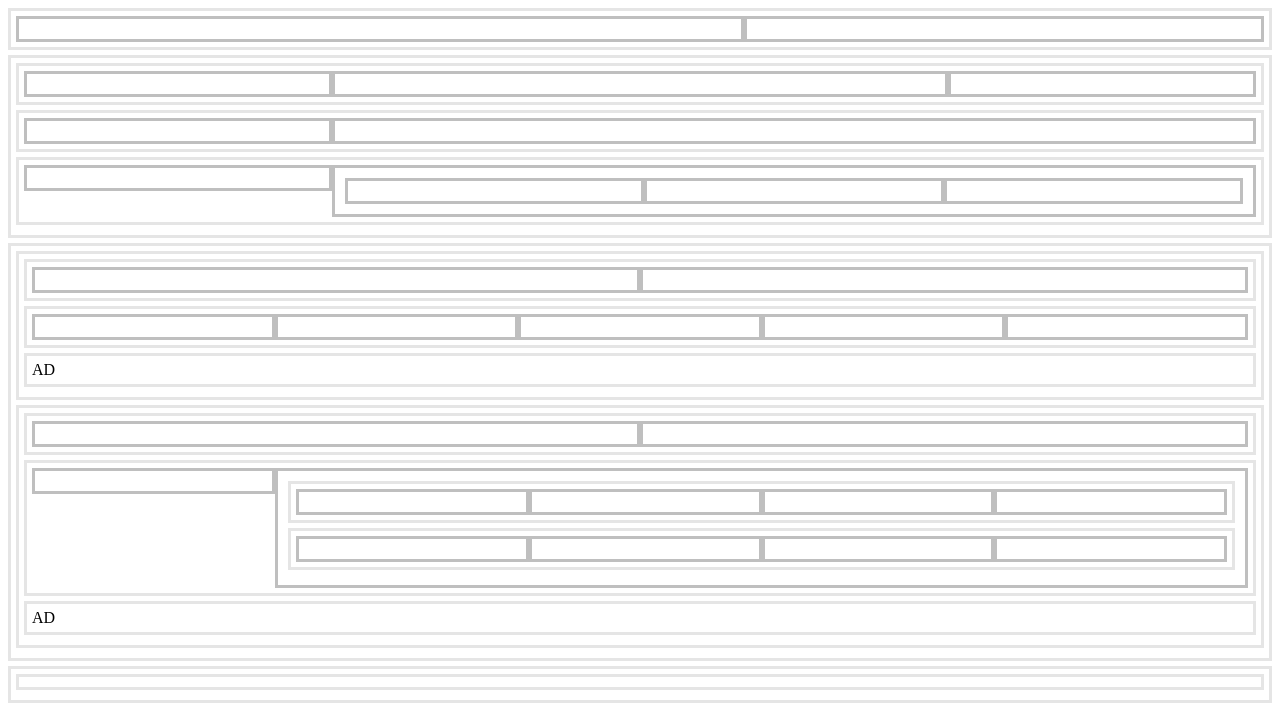
Repository: 0xbul1/biao-class-3
Page: practice/012-float-grid/index5.html
The author's editor kept a copy of each file at every save. The page is drawn from the files as they stood at one save, then again after the next save.
The browser window is 1280 px wide. The pictures show the whole page.

Above is the page before, as saved 2018-10-03 18:59:55.

### practice/012-float-grid/index5.html
<style>
     * {
        box-sizing: border-box;
    }
    .row {
        border: solid rgba(0, 0, 0, .1);
        padding: 5px;
        margin-bottom: 5px;
    }
    .row::before,
    .row::after {
        content: '';
        display: block;
        clear: both;
    }
    .col-1 {
        width: 8.333333333333333%;
    }
    .col-2 {
        width: 16.666666666666666%;
    }
    .col-2-5 {
        width: 20%
    }
    .col-3 {
        width: 25%;
    }
    .col-4 {
        width: 33.333333333333333%;
    }
    .col-5 {
        width: 41.666666666666666%;
    }
    .col-6 {
        width: 50%;
    }
    .col-7 {
        width: 58.333333333333333%;
    }
    .col-8 {
        width: 66.666666666666666%;
    }
    .col-9 {
        width: 75%;
    }
    .col-9-5 {
        width: 80%;
    }
    .col-10 {
        width: 83.333333333333333%;
    }
    .col-11 {
        width: 91.666666666666666%;
    }
    .col-12 {
        width: 100%;
    }
    .col-9-5,
    .col-1,
    .col-2,
    .col-2-5,
    .col-3,
    .col-4,
    .col-5,
    .col-6,
    .col-7,
    .col-8,
    .col-9,
    .col-10,
    .col-11,
    .col-12,
    .col {
        float: left;
        /* ========== */
        border: solid rgba(0, 0, 0, .25);
        padding: 10px;
    }
    .container {
        max-width: 800px;
        margin: 0 auto;
    }
</style>
<div class="row nav-global">
    <div class="col-7"></div>
    <div class="col-5"></div>
</div>
<div class="row header">
    <div class="row nav-page">
        <div class="col-3"></div>
        <div class="col-6"></div>
        <div class="col-3"></div>
    </div>
    <div class="row carousel">
        <div class="col-3"></div>
        <div class="col-9"></div>
    </div>
    <div class="row shortcut">
        <div class="col-3"></div>
        <div class="col-9">
            <div class="col-4"></div>
            <div class="col-4"></div>
            <div class="col-4"></div>
        </div>
    </div>
</div>
<div class="row main">
    <div class="row mi-buy">
        <div class="row top">
            <div class="col-6"></div>
            <div class="col-6"></div>
        </div>
        <div class="row mid">
            <div class="col-2-5"></div>
            <div class="col-2-5"></div>
            <div class="col-2-5"></div>
            <div class="col-2-5"></div>
            <div class="col-2-5"></div>
        </div>
        <div class="row bot">AD</div>
    </div>
    <div class="row phone">
        <div class="row top">
            <div class="col-6"></div>
            <div class="col-6"></div>
        </div>
        <div class="row mid">
            <div class="col-2-5"></div>
            <div class="col-9-5">
                <div class="row">
                    <div class="col-3"></div>
                    <div class="col-3"></div>
                    <div class="col-3"></div>
                    <div class="col-3"></div>
                </div>
                <div class="row">
                    <div class="col-3"></div>
                    <div class="col-3"></div>
                    <div class="col-3"></div>
                    <div class="col-3"></div>
                </div>
            </div>
        </div>
        <div class="row bot">AD</div>
    </div>
</div>
<div class="row footer">
    <div class="row"></div>
</div>

After the next save:
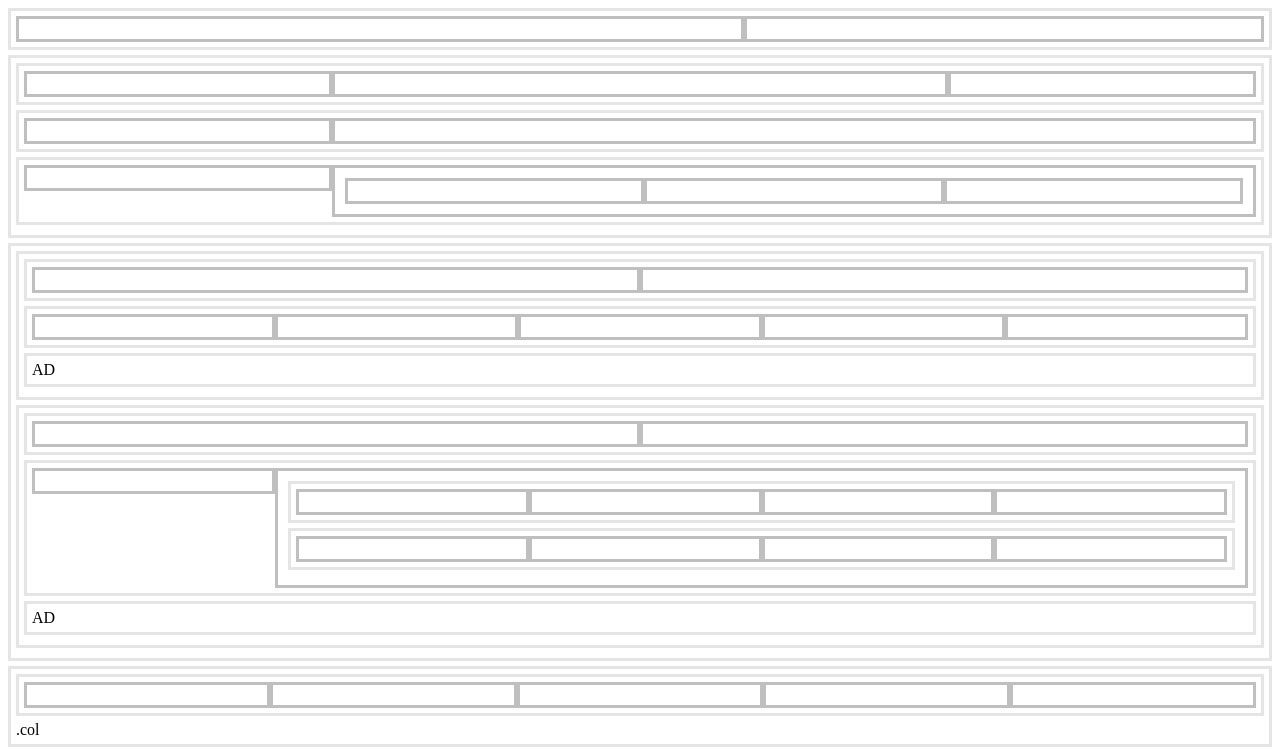
Saved 16 s later.
--- a/practice/012-float-grid/index5.html
+++ b/practice/012-float-grid/index5.html
@@ -144,5 +144,12 @@
     </div>
 </div>
 <div class="row footer">
-    <div class="row"></div>
+    <div class="row">
+        <div class="col-2-5"></div>
+        <div class="col-2-5"></div>
+        <div class="col-2-5"></div>
+        <div class="col-2-5"></div>
+        <div class="col-2-5"></div>
+    </div>
+    .col
 </div>
